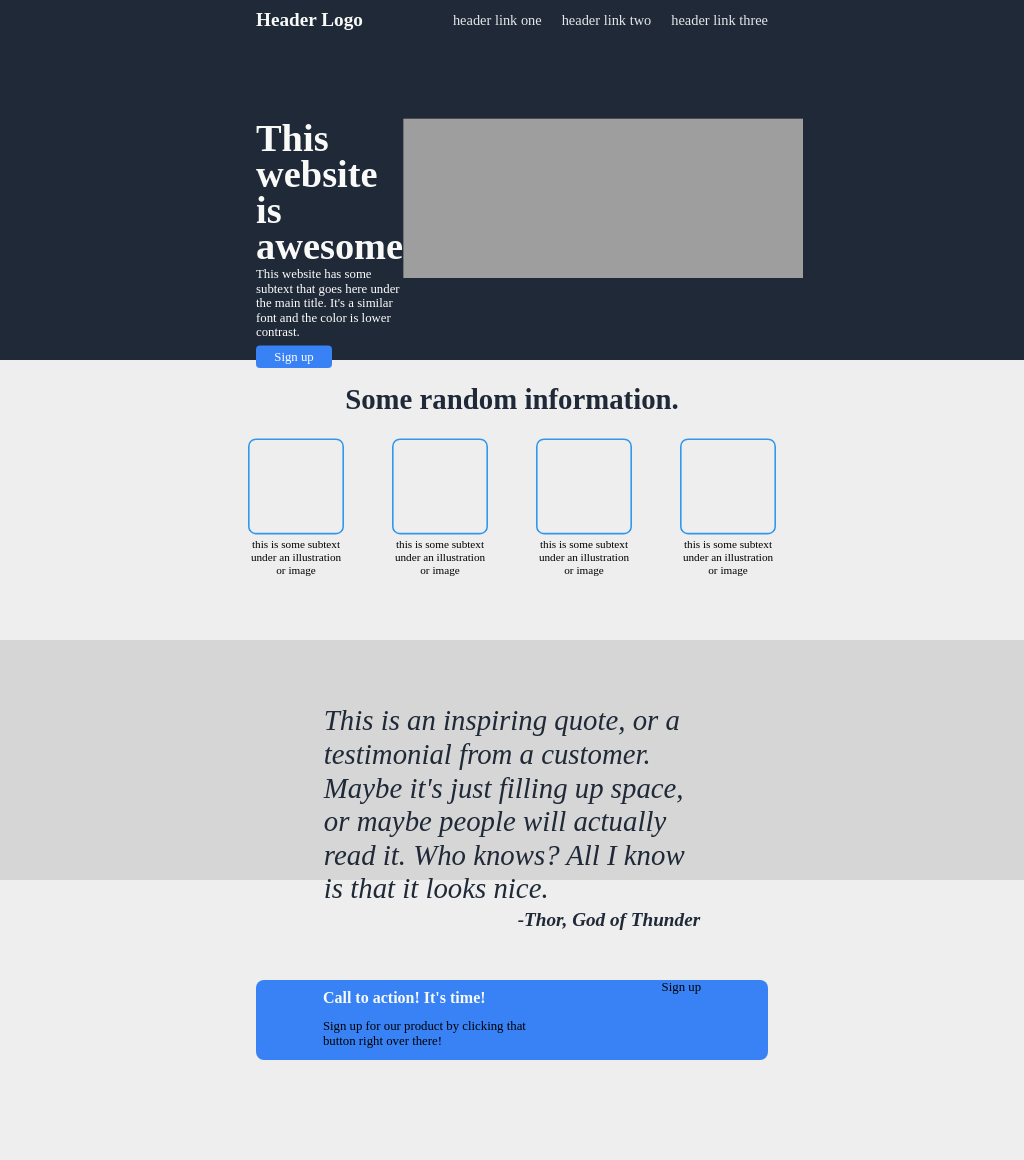
Repository: Pafestivo/Dummy-Landing-Page
Page: index.html
The author's editor kept a copy of each file at every save. The page is drawn from the files as they stood at one save, then again after the next save.
The browser window is 1280 px wide. The pictures show the whole page, at 80% of full size.
Pictures or frames that could not be fetched are drawn as grey boxes.

Above is the page before, as saved 2022-09-26 19:37:12.

After the next save:
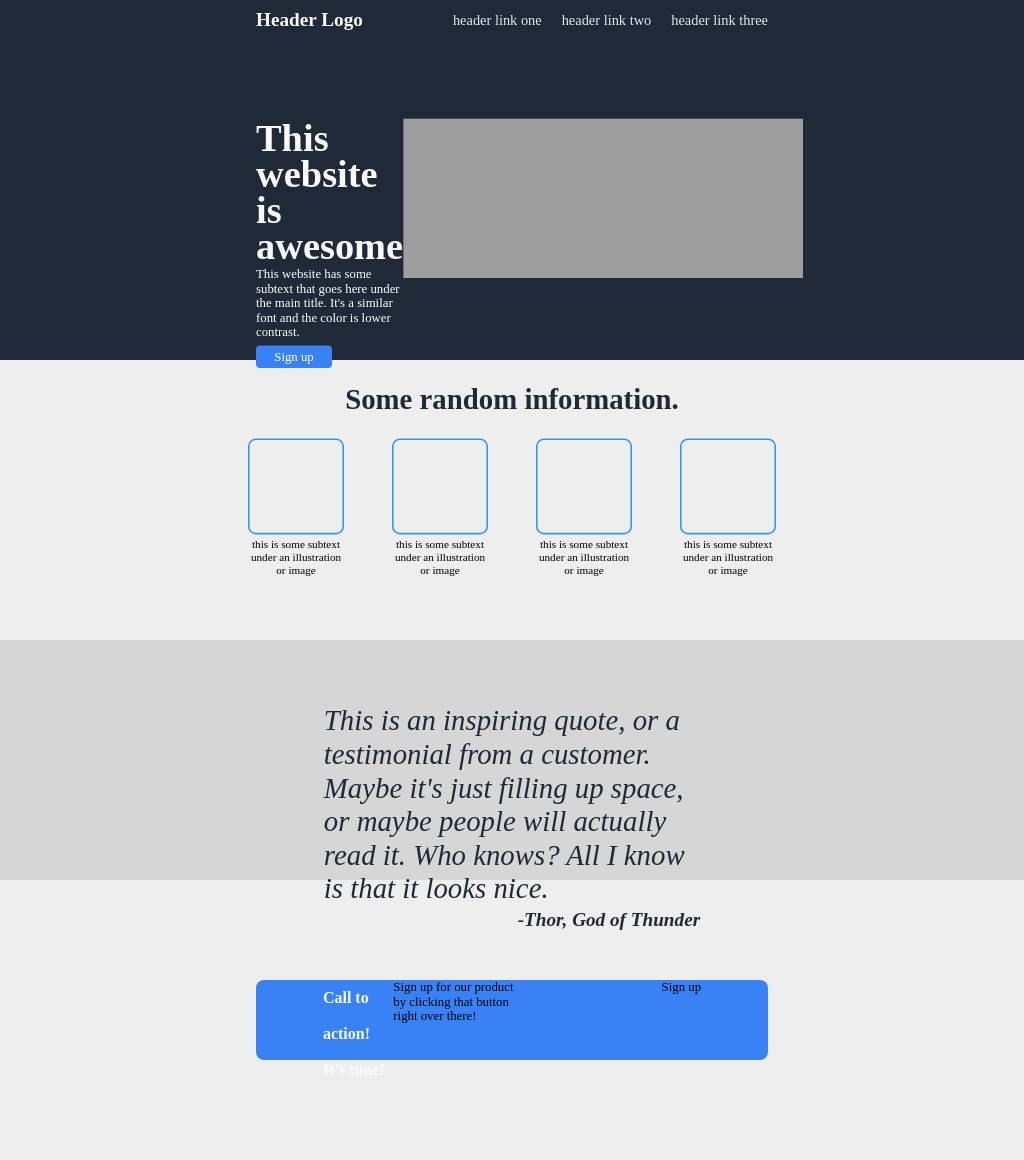
Saved 26 s later.
--- a/styles.css
+++ b/styles.css
@@ -179,7 +179,7 @@ right p {
 }
 
 .coa .right {
-  gap: none;
+  flex-direction: row;
 }
 
 .coa h1 {

After the 2 saves that followed:
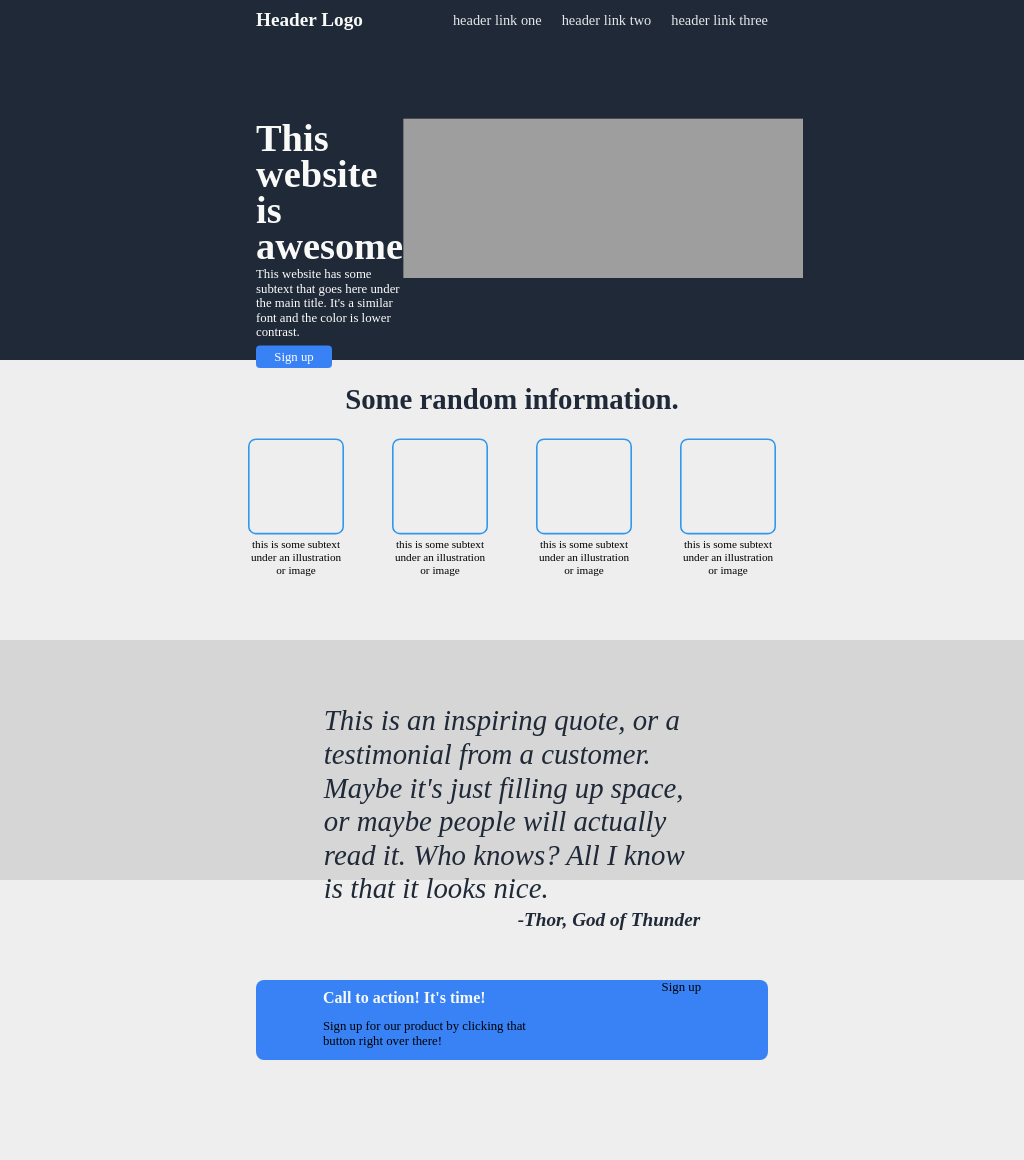
The 2 saves are shown as one change because they came seconds apart.
The last was saved 14 s later.
--- a/styles.css
+++ b/styles.css
@@ -179,7 +179,6 @@ right p {
 }
 
 .coa .right {
-  flex-direction: row;
 }
 
 .coa h1 {
